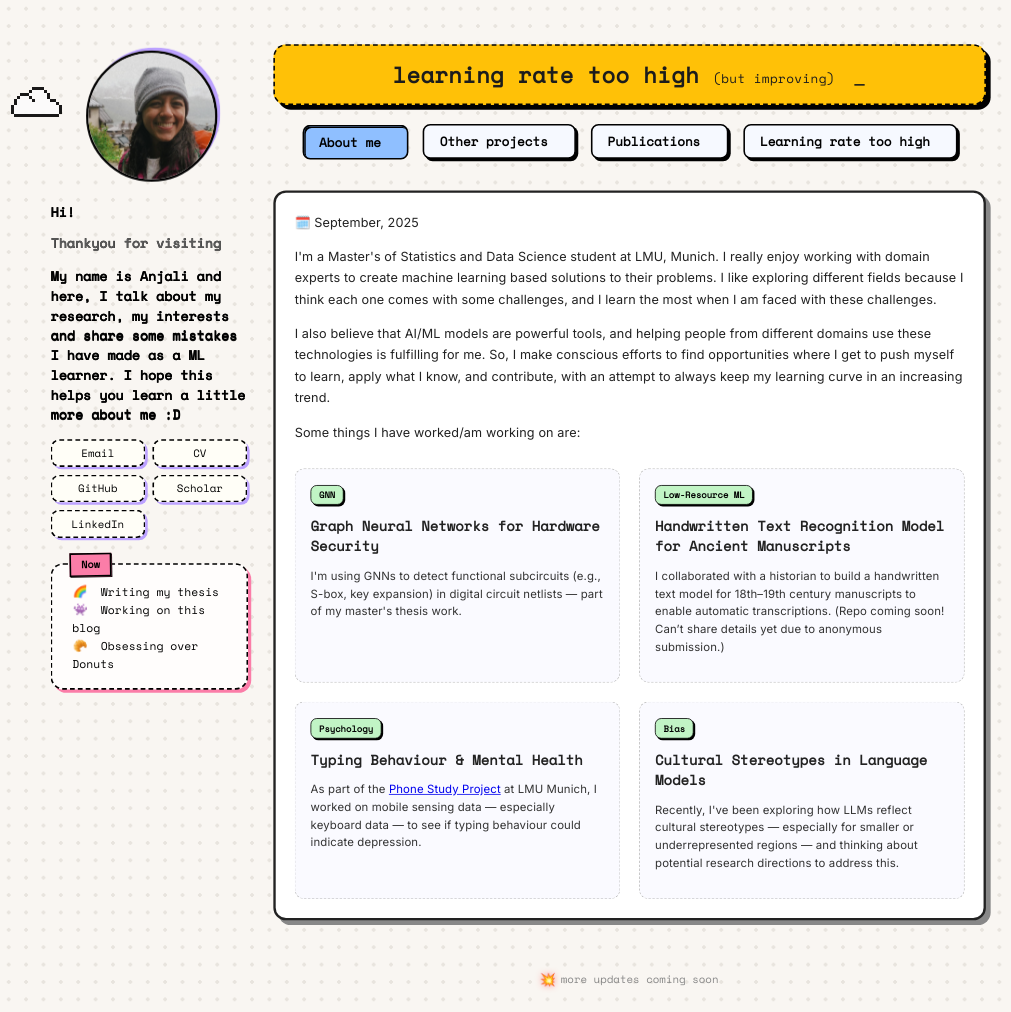
Repository: anjalisarawgi/learning_rate_too_high
Page: index.html
An editor plug-in stored every save of this project. The page is shown before and after the next save, followed by the edit.
The browser window is 1280 px wide. The pictures show the whole page, at 79% of full size.

Above is the page before, as saved 2025-11-04 15:45:18.

After the next save:
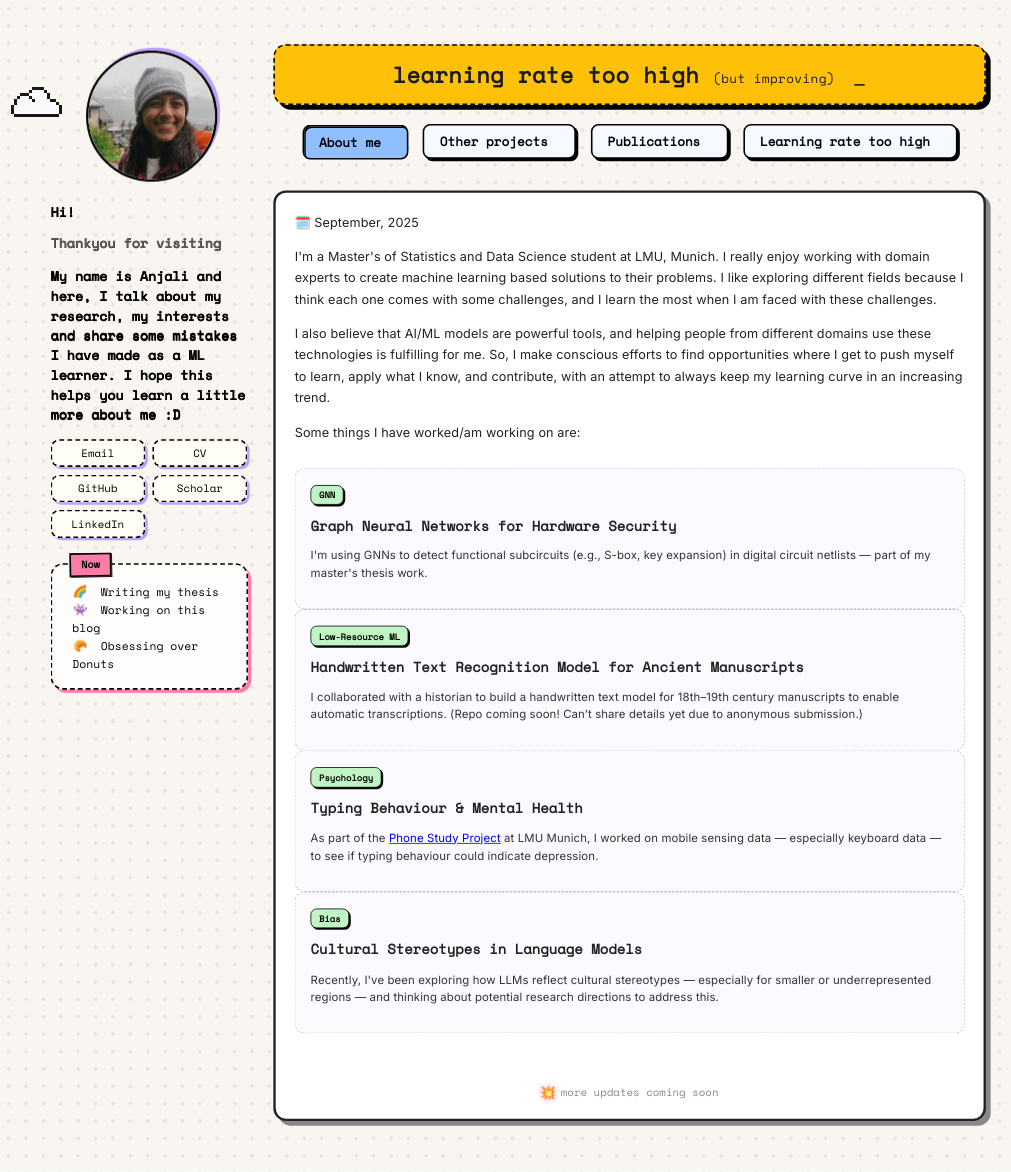
Saved 18 s later.
--- a/index.html
+++ b/index.html
@@ -633,6 +633,7 @@ nav a:hover::after {
         <p>I also believe that AI/ML models are powerful tools, and helping people from different domains use these technologies is fulfilling for me. So, I make conscious efforts to find opportunities where I get to push myself to learn, apply what I know, and contribute, with an attempt to always keep my learning curve in an increasing trend.</p>
         <p>Some things I have worked/am working on are:</p>
         <div class="projects-section">
+          <div class="project-grid">
           <div class="project-card">
             <div class="tag">GNN</div>
             <h4>Graph Neural Networks for Hardware Security</h4>
